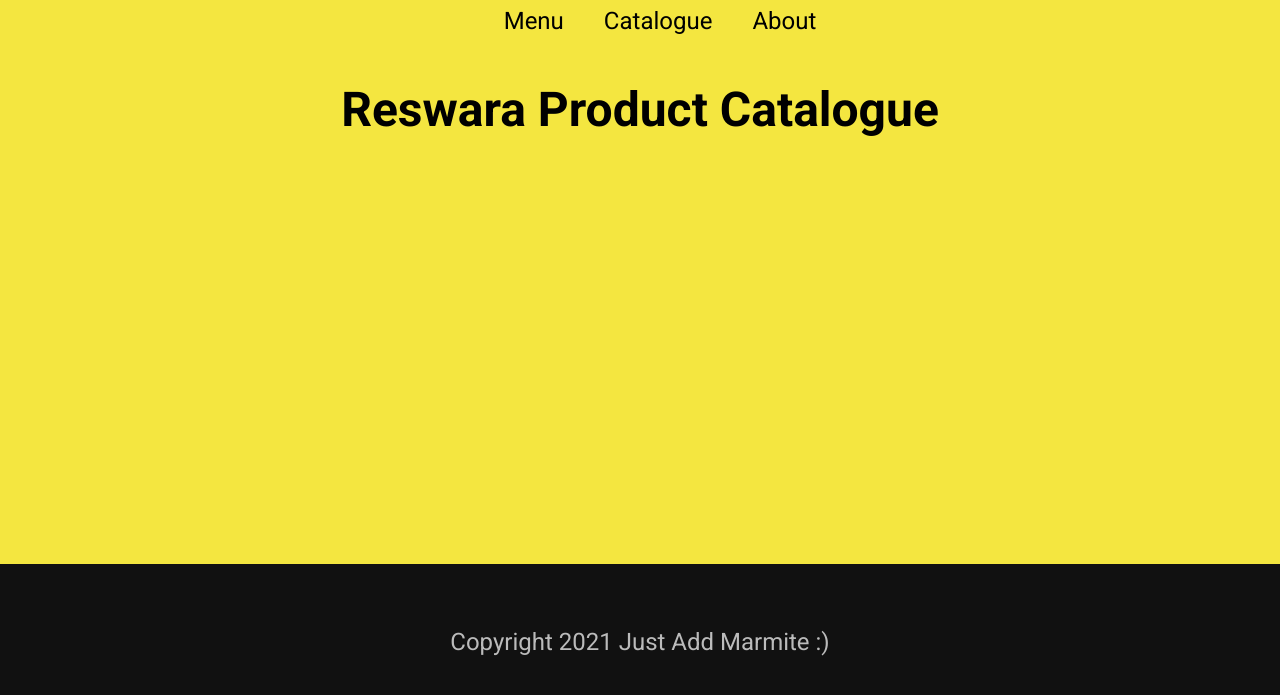
Repository: Fauzaanmhmd/Skripsi
Page: /about/about
These files come from the project's save history. The page is drawn as it stood at one moment and after the next save; the edit follows.
The browser window is 1280 px wide. The pictures show the whole page.
The project was rebuilt for these pictures with package versions that can differ from the ones it lists, and the page was loaded fresh each time. The framework's server and built-in components were replaced by stand-ins that run in the browser. Also part of the build but not shown: next.config.js.

Above is the page before, as saved 2021-05-24 20:58:44.

### pages/about/about.js
import Layout from "../../components/Layout"

export default function About({ recipes }) {
    return (
        <Layout>
            Ini About
        </Layout>

    )
}

### styles/globals.css
@import url('https://fonts.googleapis.com/css2?family=Roboto:ital,wght@0,100;0,300;0,400;0,500;0,700;0,900;1,100;1,300;1,400;1,500;1,700;1,900&display=swap');

body {
  background: #F4E640;
  margin: 0;
  font-family: 'Roboto';
  font-size: 1.5em;
}
.layout {
  min-height: 100vh;
  display: flex;
  flex-direction: column;
}
header {
  text-align: center;
}
header a {
  text-decoration: none;
  color: black;
  text-transform: uppercase;
  display: inline-block;
}
header h1, header h2 {
  margin: 0;
}
header span {
  display: block;
  line-height: 1em;
}
header span:first-child {
  font-size: 1em;
  font-weight: 400;
}
header span:last-child {
  font-size: 1.5em;
  font-weight: 800;
}
header h2 {
  font-size: 1.2em;
  font-weight: 400;
}
footer {
  background: #111;
  color: #bbb;
  padding: 40px;
  text-align: center;
  margin-top: auto
}
.page-content {
  max-width: 1200px;
  margin: 20px auto 80px;
  padding: 0 20px;
  width: 100%;
  box-sizing: border-box;
}

.navbar {
  display: flex;
  justify-content: center;
  height: 100px;
  align-items: center;
  background-color: #F4E640;
  position: fixed;
  flex-direction: column-reverse;
  z-index: 999;
  width: 100%;
  margin-bottom: 150px;
}

ul{
  list-style-type: none;
  display: flex;
}

li {
  margin: 20px;
  cursor: pointer;
  border-bottom: 2px solid #F4E640;
}
li:hover {
background-color: transparent;
border-bottom: 2px solid black;
}
.navimg{
  position: absolute;
  left: 20px;
}

.zoom:hover {
  -ms-transform: scale(1.5); /* IE 9 */
  -webkit-transform: scale(1.5); /* Safari 3-8 */
  transform: scale(1.5);
  transition: transform .9s;
}

img {
  width: 550px;
  height: 380px;
  margin: 10px 30px 0px 30px;
  padding: 10px 20px 0px 20px;
  display: flex;
  justify-content: center;
  align-items: center;
  position: relative;
  cursor: pointer;
}

img:hover {
  -ms-transform: scale(1.1); /* IE 9 */
  -webkit-transform: scale(1.1); /* Safari 3-8 */
  transform: scale(1.1);
  transition: transform .9s;
}

.image {
  display: grid;
  grid-template-columns: repeat(2,minmax(0,1fr));
  grid-gap: .5rem;
  padding: 0 50px;
}

.button {
  cursor : pointer;
  margin: 0 30px;
  padding: 0 20px;
  width: 100px;
}

.button {
  cursor: pointer;
    margin-bottom: 30px;
    margin-top: 30px;
    margin-left: 0px;
    margin-right: 0px;
    padding-top: 10px;
    padding-bottom: 10px;
    border-top-width: 2px;
    border-bottom-width: 2px
}

.img-bg {
  display: flex;
  background-color: white;
  flex-direction: column;
  justify-content: center;
  align-items: center;
  width: 65%;
  height: 150px;
  margin: -50px 0px 40px 90px;
}

.zoom-dropdown:hover {
  -ms-transform: scale(1.5); /* IE 9 */
  -webkit-transform: scale(1.5); /* Safari 3-8 */
  transform: scale(1.5);
  transition: transform .9s;
}

### components/Layout.js
import Link from 'next/link'
import Navbar from './Navbar'

export default function Layout({ children }) {

  return (
    <div className="layout">
      <header>
        <Navbar />
      </header>

      <div className="page-content">
        {children}
      </div>



      <footer>
        <p>Copyright 2021 Just Add Marmite :)</p>
      </footer>
    </div >
  )
}

### components/Navbar.js
import Link from 'next/link'

const Navbar = props => {
    return (
        <div className="navbar">
            <h1 className="zoom">Reswara Product Catalogue</h1>
            <ul className="navbar_menu">
                <Link href="/">
                    <li className="zoom">Menu</li>
                </Link>
                <Link href="/catalogue">
                    <li className="zoom-dropdown">Catalogue</li>
                </Link>
                <Link href="/about">
                    <li className="zoom">About</li>
                </Link>
            </ul>
        </div>
    )
}

export default Navbar

Loaded but not shown: pages/_app.js (common file)

After the next save:
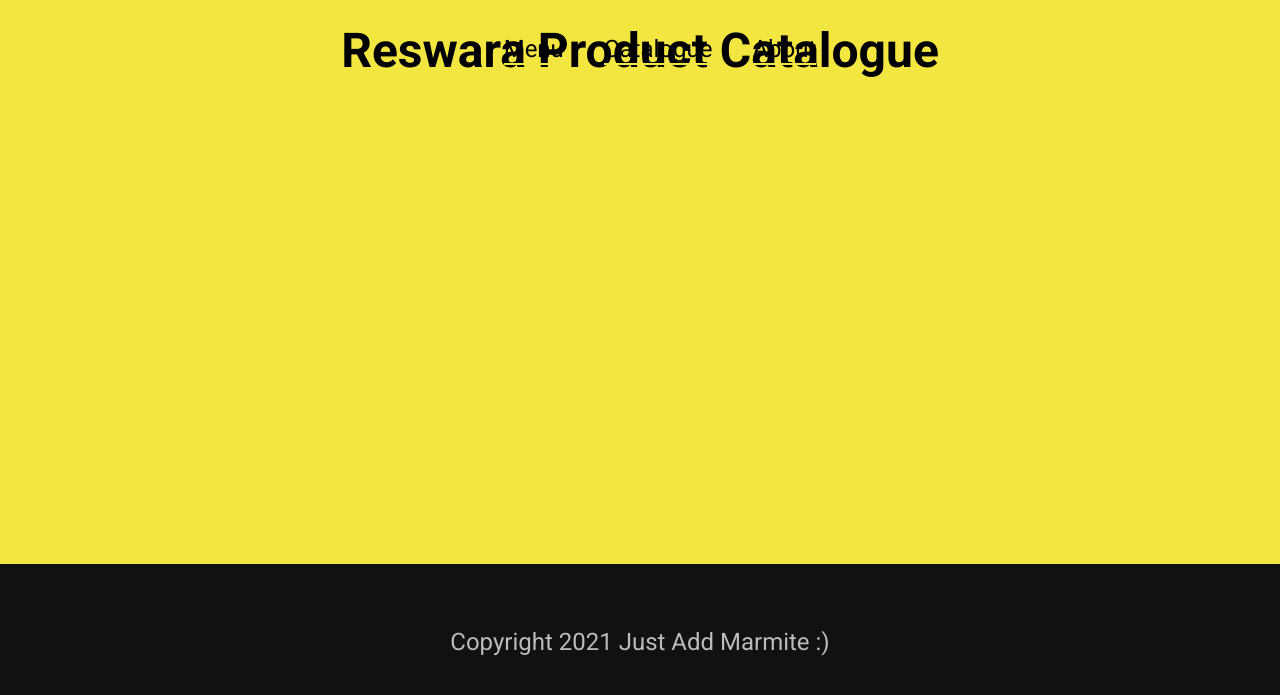
Saved 71 s later.
--- a/styles/globals.css
+++ b/styles/globals.css
@@ -65,6 +65,14 @@ footer {
   z-index: 999;
   width: 100%;
   margin-bottom: 150px;
+}
+
+.navbar_menu{
+  display: flex;
+  justify-content: center;
+  width: 100%;
+  align-items: center;
+  position: fixed;
 }
 
 ul{
